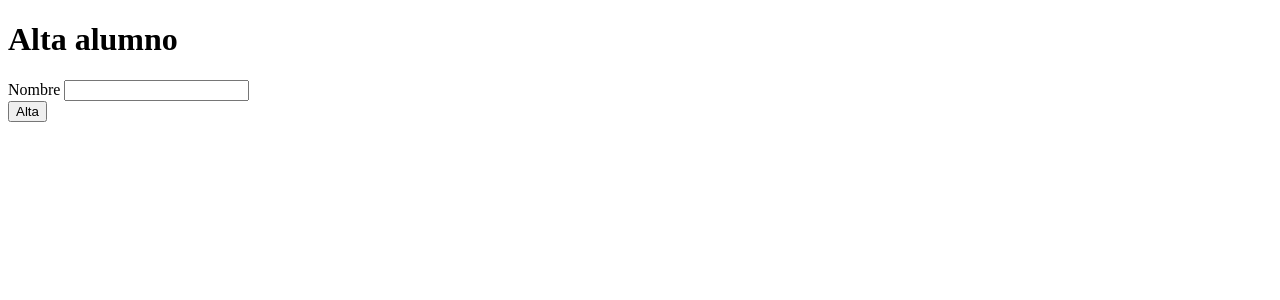
Repository: Carlos-Mar14/TereMac
Page: forms/src/main/webapp/index.html
These files come from the project's save history. The page is drawn as it stood at one moment and after the next save; the edit follows.
The browser window is 1280 px wide. The pictures show the whole page.

Above is the page before, as saved 2024-06-11 15:04:55.

After the next save:
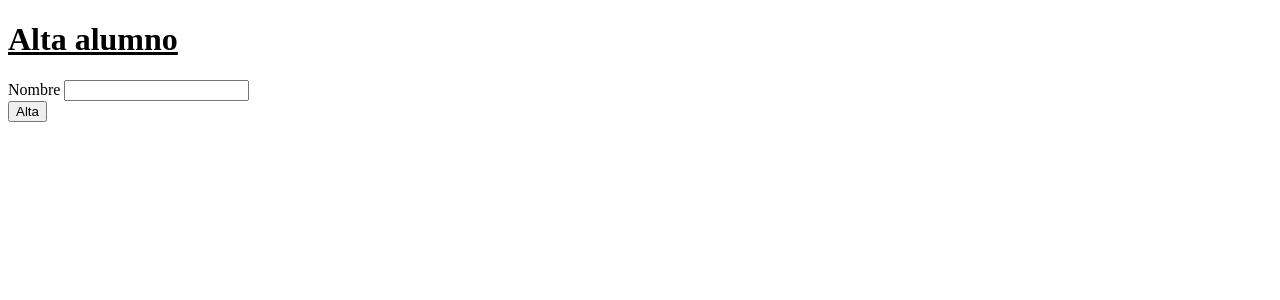
Saved 45 s later.
--- a/forms/src/main/webapp/index.html
+++ b/forms/src/main/webapp/index.html
@@ -6,7 +6,7 @@
 </head>
 <body>
 
-<h1><b>Alta alumno</b></h1>
+<h1><u>Alta alumno</u></h1>
 
 <form name="datos_alumnos" action="procesador" method="post">
 	<label for="nom">Nombre</label>
